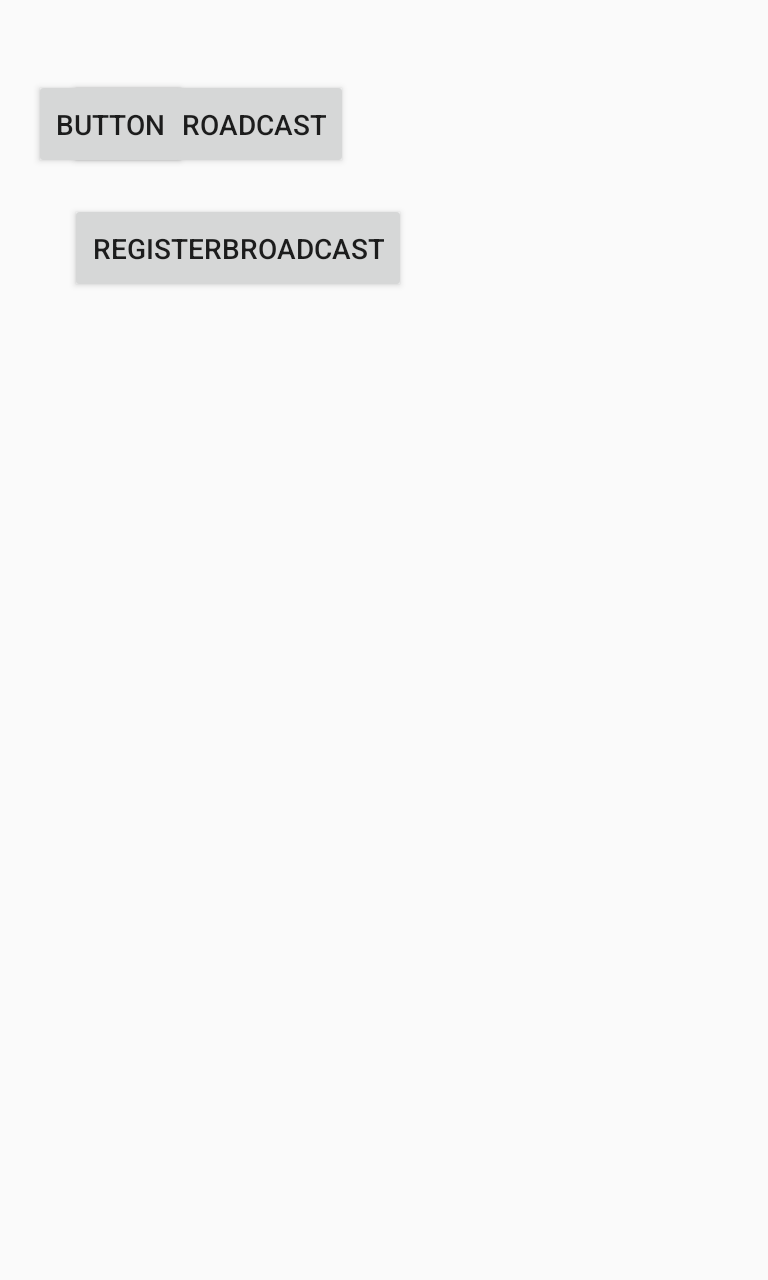
Repository: chenchangqing/learnandroid
Layout: example04/res/layout/activity_main.xml
An editor plug-in stored every save of this project. The layout is shown before and after the next save, followed by the edit.
It is drawn on a 768 x 1280 px phone screen (xhdpi) without system bars, with theme AppTheme; the app's code is not run.

Above is the layout before, as saved 2015-08-16 16:06:39.

### example04/res/layout/activity_main.xml
<RelativeLayout xmlns:android="http://schemas.android.com/apk/res/android"
    xmlns:tools="http://schemas.android.com/tools"
    android:layout_width="match_parent"
    android:layout_height="match_parent"
    android:paddingBottom="@dimen/activity_vertical_margin"
    android:paddingLeft="@dimen/activity_horizontal_margin"
    android:paddingRight="@dimen/activity_horizontal_margin"
    android:paddingTop="@dimen/activity_vertical_margin"
    tools:context="com.example.example04.MainActivity" >

    <Button
        android:id="@+id/sendBroadcastBtn"
        style="?android:attr/buttonStyleSmall"
        android:layout_width="wrap_content"
        android:layout_height="wrap_content"
        android:layout_alignParentLeft="true"
        android:layout_alignParentTop="true"
        android:layout_marginLeft="18dp"
        android:layout_marginTop="22dp"
        android:text="sendBroadcast" />

    <Button
        android:id="@+id/registerBroadcastBtn"
        style="?android:attr/buttonStyleSmall"
        android:layout_width="wrap_content"
        android:layout_height="wrap_content"
        android:layout_alignLeft="@+id/sendBroadcastBtn"
        android:layout_below="@+id/sendBroadcastBtn"
        android:layout_marginTop="14dp"
        android:text="registerBroadcast" />

    <Button
        android:id="@+id/button2"
        style="?android:attr/buttonStyleSmall"
        android:layout_width="wrap_content"
        android:layout_height="wrap_content"
        android:layout_alignLeft="@+id/button1"
        android:layout_below="@+id/button1"
        android:layout_marginTop="22dp"
        android:text="Button" />

</RelativeLayout>

Loaded but not shown: example04/res/values/styles.xml (common file); example04/res/values-v11/styles.xml (common file); example04/res/values-v14/styles.xml (common file); example04/res/values/dimens.xml (common file); example04/res/values-w820dp/dimens.xml (common file)

After the next save:
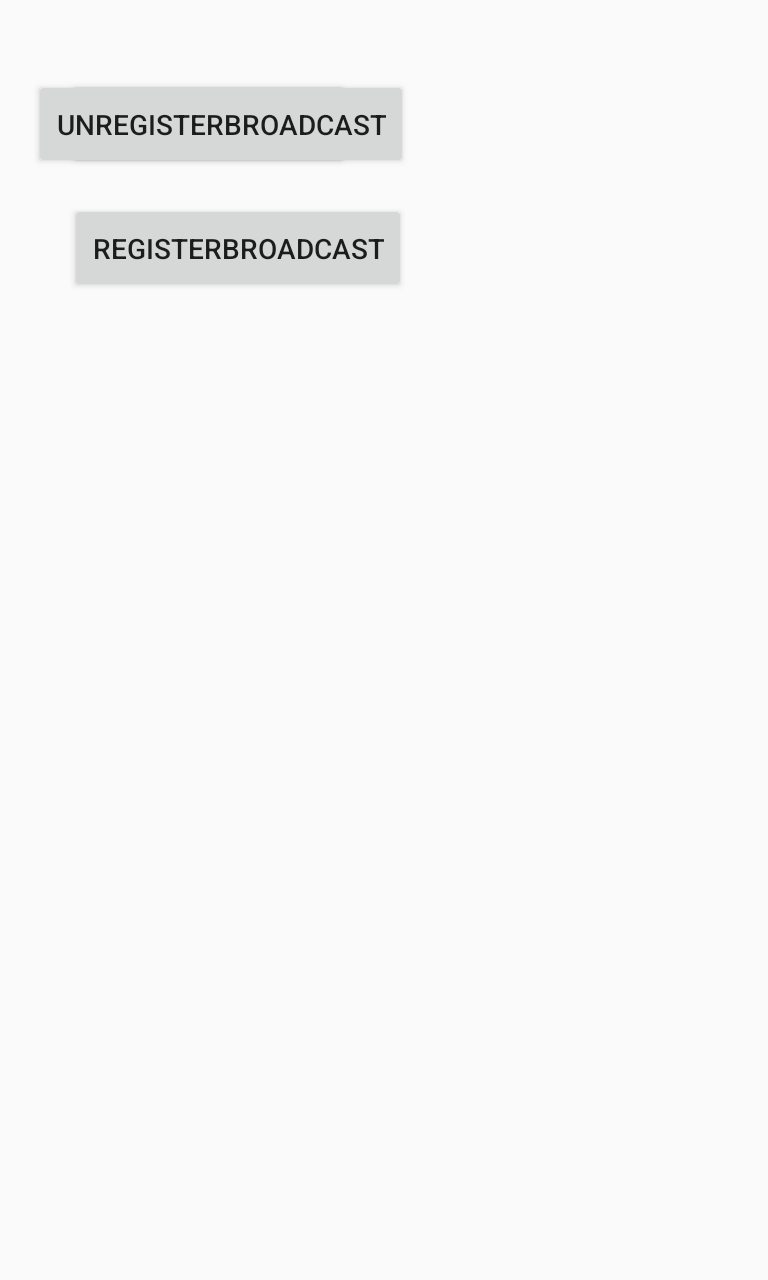
Saved 24 s later.
--- a/example04/res/layout/activity_main.xml
+++ b/example04/res/layout/activity_main.xml
@@ -31,12 +31,12 @@
 
     <Button
         android:id="@+id/button2"
-        style="?android:attr/buttonStyleSmall"
+        style="?android:attr/unregisterBroadcastBtn"
         android:layout_width="wrap_content"
         android:layout_height="wrap_content"
         android:layout_alignLeft="@+id/button1"
         android:layout_below="@+id/button1"
         android:layout_marginTop="22dp"
-        android:text="Button" />
+        android:text="unregisterBroadcast" />
 
 </RelativeLayout>
